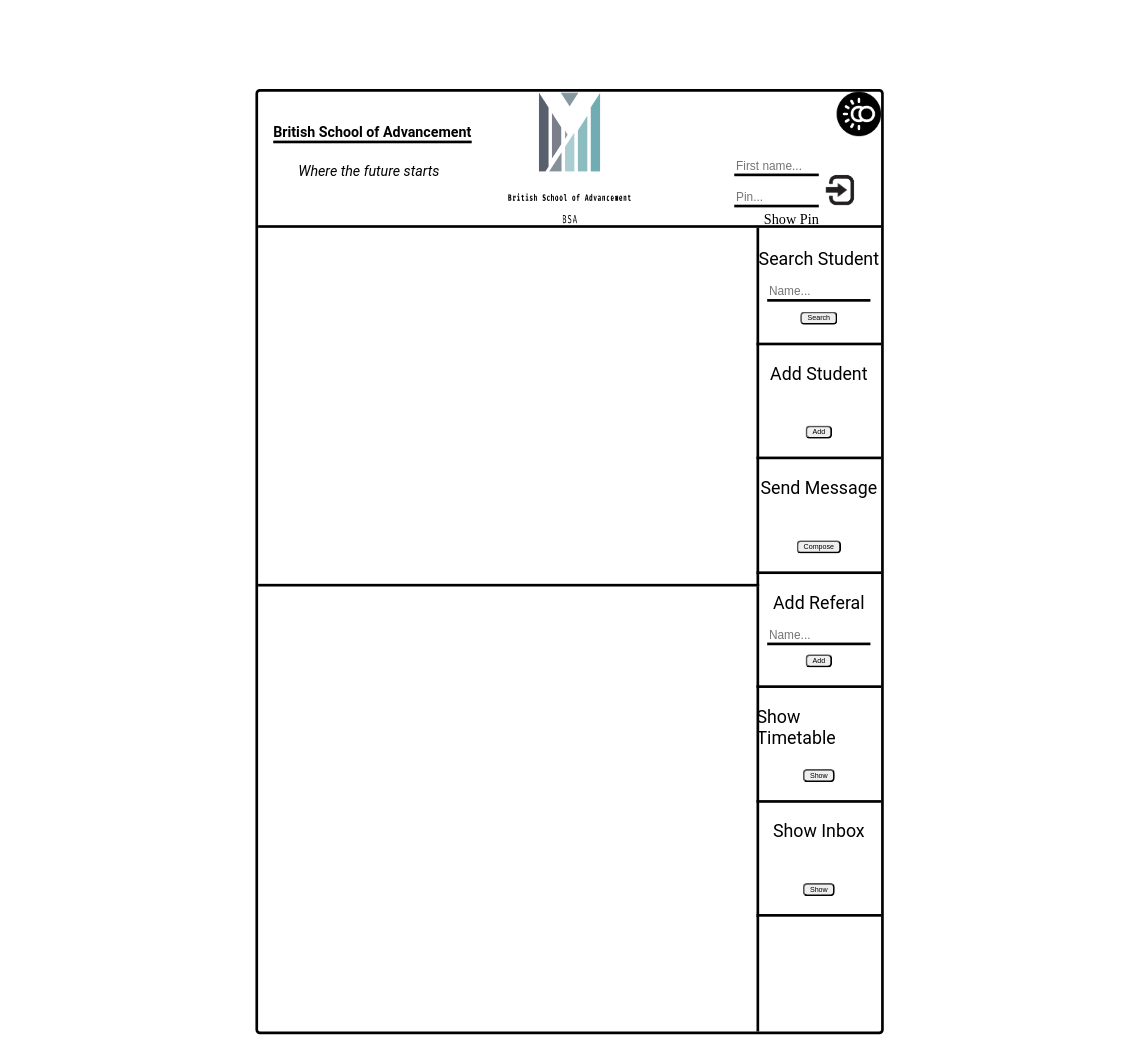
Repository: ghend99/Guardian-Application
Page: index.html
An editor plug-in stored every save of this project. The page is shown before and after the next save, followed by the edit.
The browser window is 1280 px wide. The pictures show the whole page, at 89% of full size.

Above is the page before, as saved 2023-06-06 22:05:21.

After the next save:
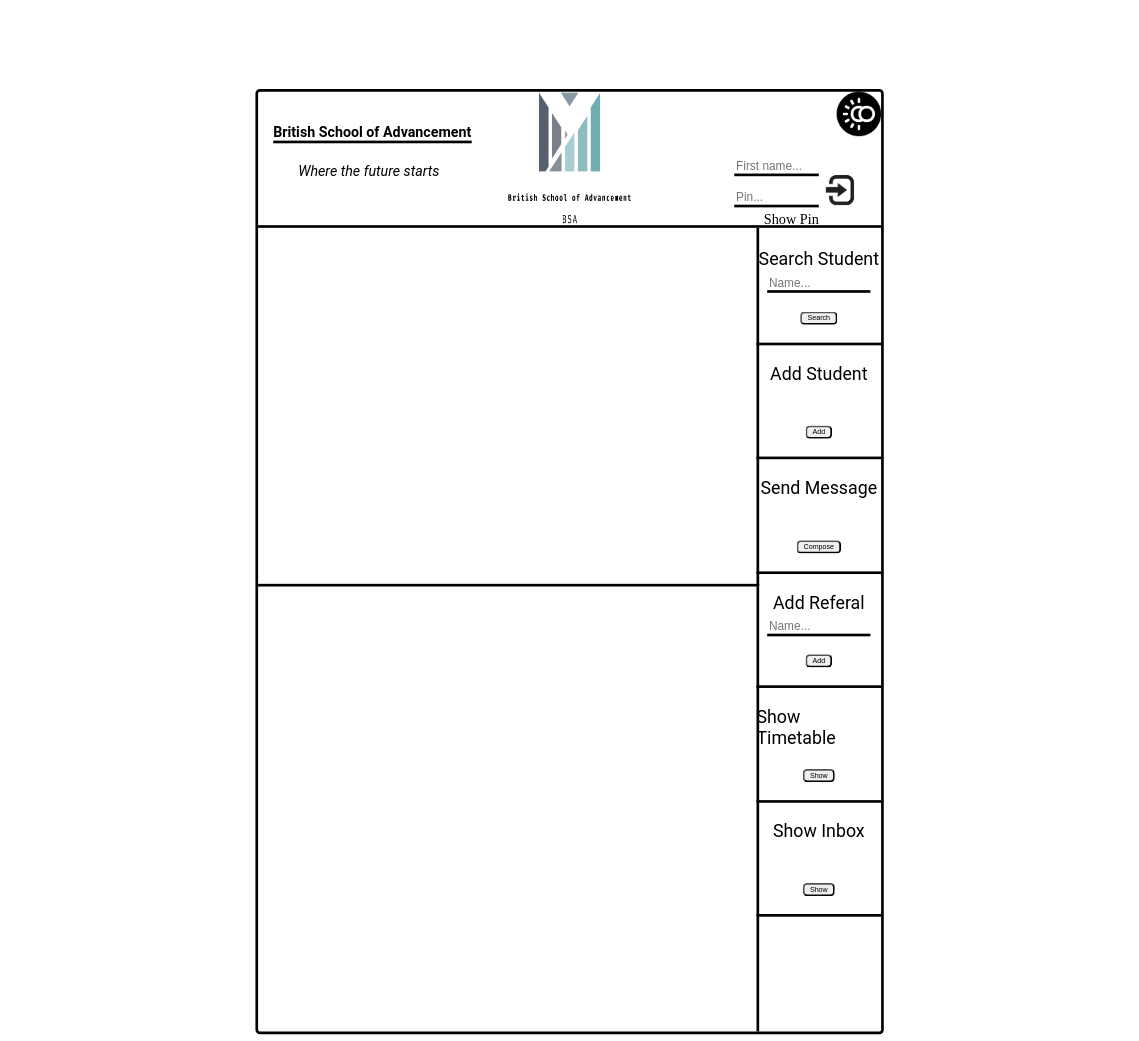
Saved 9 h 54 min later.
--- a/style.css
+++ b/style.css
@@ -169,7 +169,7 @@ button {
 
 .sidebar-input {
   position: absolute;
-  margin-top: 60px;
+  margin-top: 50px;
   width: 80%;
 }
 
